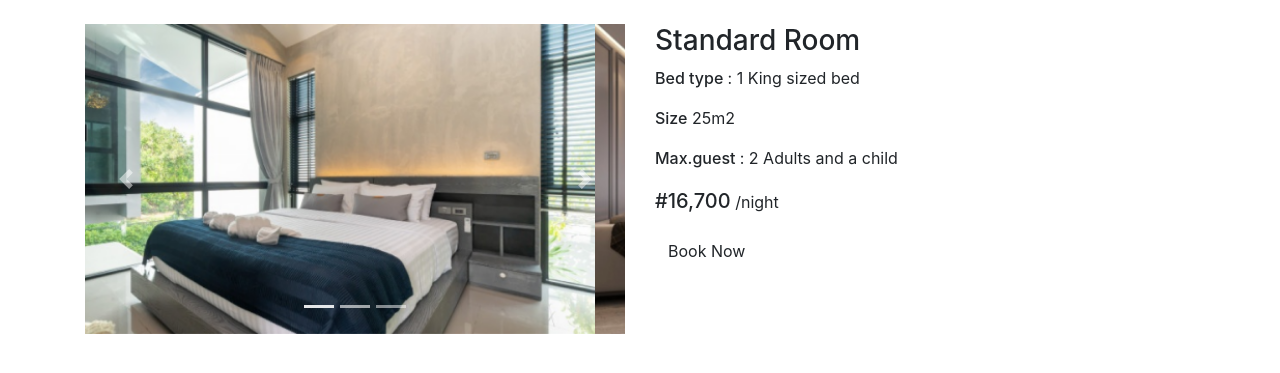
Repository: Syfon01/hotel-website
Page: room.html
An editor plug-in stored every save of this project. The page is shown before and after a run of saves, followed by the edit.
The browser window is 1280 px wide. The pictures show the whole page.

Above is the page before, as saved 2020-06-08 15:30:56.

After the next 5 saves:
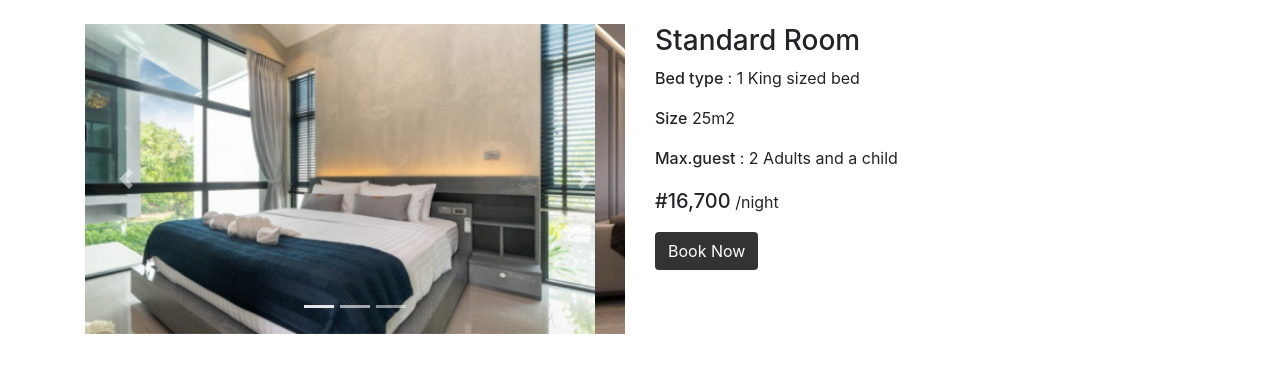
The 5 saves are shown as one change because they came seconds apart.
The last was saved 13 s later.
--- a/room.css
+++ b/room.css
@@ -10,4 +10,7 @@
 p{
   line-height: ;
 }
-.btn-purple
+.btn-purple{
+  background-color: #333333;
+  color: #fff;
+}
